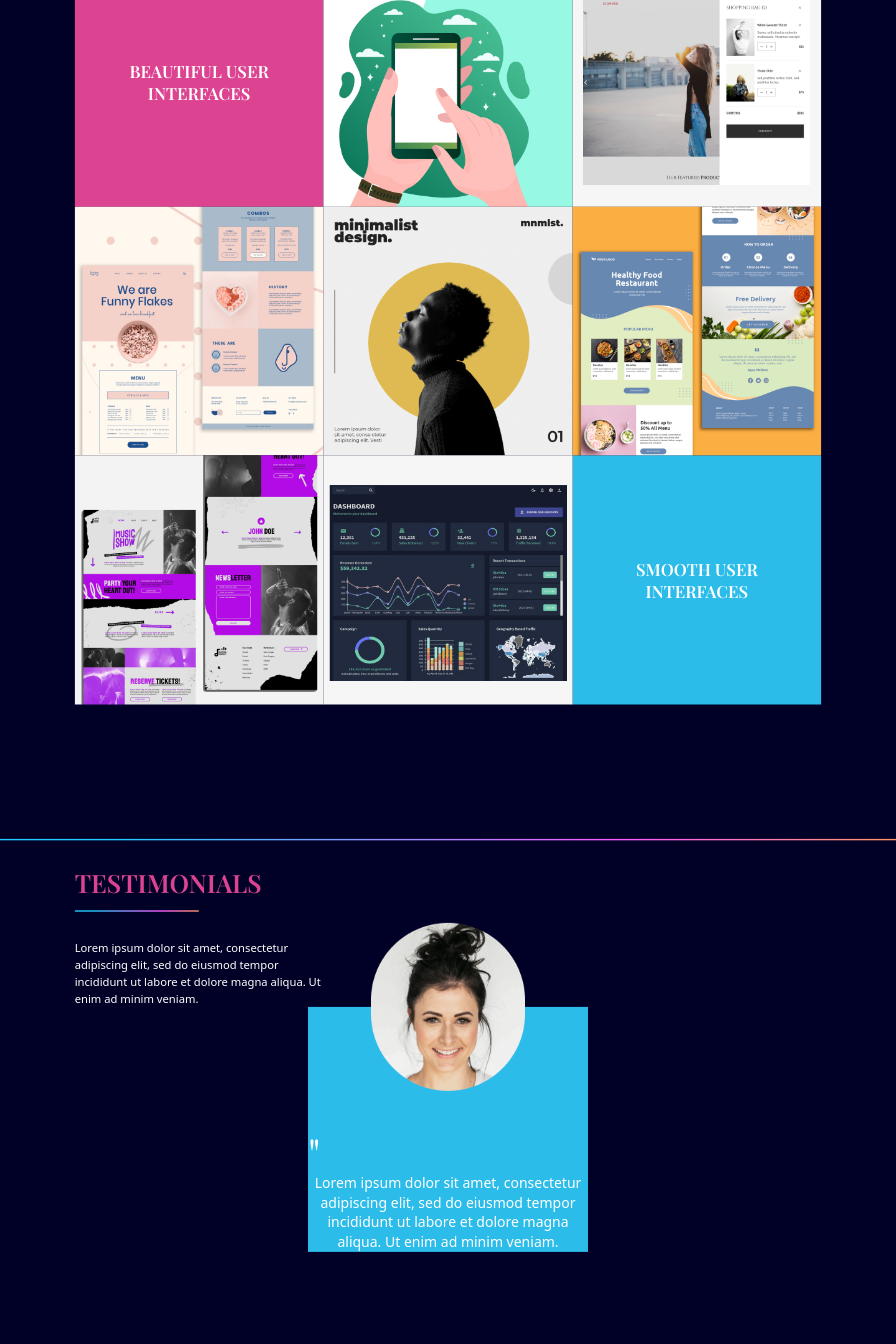
Repository: thibaultNicolas/portfolio-react
Page: /
These files come from the project's save history. The page is drawn as it stood at one moment and after a run of saves; the edit follows.
The browser window is 1280 px wide. The pictures show the part of the page from y = 2039 to 3959 px (the page is 3959 px tall), at 70% of full size.
The project was rebuilt for these pictures with package versions that can differ from the ones it lists, and the page was loaded fresh each time. Also part of the build but not shown: next.config.ts.

Above is the page before, as saved 2023-01-08 12:02:31.

After the next 3 saves:
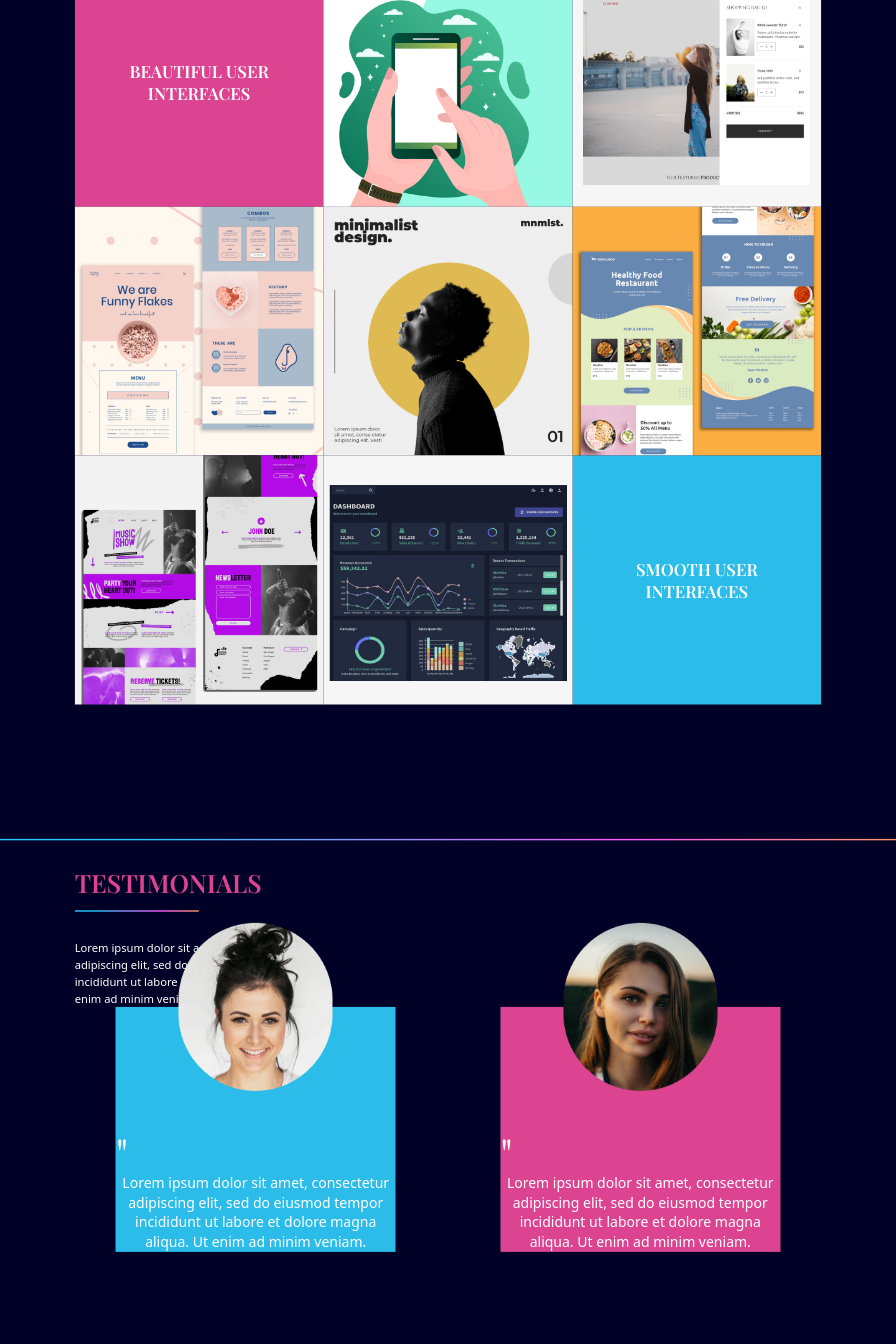
The 3 saves are shown as one change because they came seconds apart.
The last was saved 24 s later.
--- a/src/scenes/Testimonials.jsx
+++ b/src/scenes/Testimonials.jsx
@@ -50,6 +50,24 @@ const Testimonials = () => {
                         magna aliqua. Ut enim ad minim veniam.
                     </p>
                 </motion.div>
+                <motion.div
+                    className={`bg-red ${testimonialsStyles} before:content-person2`}
+                    initial="hidden"
+                    whileInView="visible"
+                    viewport={{ once: true, amount: 0.5 }}
+                    transition={{ duration: 0.5 }}
+                    variants={{
+                        hidden: { opacity: 0, x: -50 },
+                        visible: { opacity: 1, x: 0 },
+                    }}
+                >
+                    <p className="font-playfair text-6xl">"</p>
+                    <p className="text-center text-xl">
+                        Lorem ipsum dolor sit amet, consectetur adipiscing elit,
+                        sed do eiusmod tempor incididunt ut labore et dolore
+                        magna aliqua. Ut enim ad minim veniam.
+                    </p>
+                </motion.div>
             </div>
         </section>
     );
